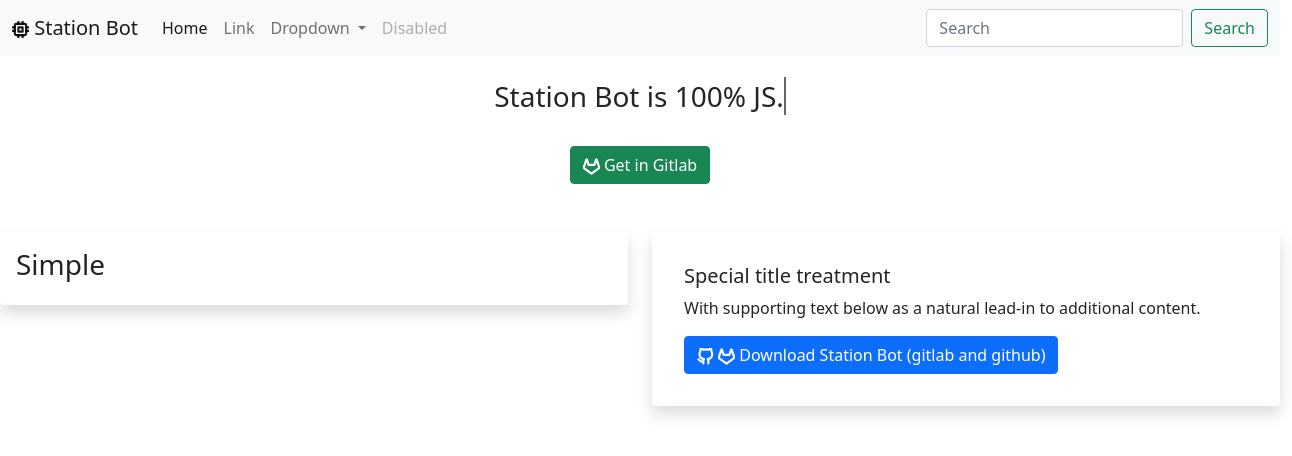
Repository: Valenplayer3000/StationBot-Web
Page: index.html
The author's editor kept a copy of each file at every save. The page is drawn from the files as they stood at one save, then again after the next save.
The browser window is 1280 px wide. The page is 1292 px wide, so the pictures cover 1292 px, including what lies to the right of the window. The pictures show the whole page.
Some web libraries are served in a nearby version.

Above is the page before, as saved 2021-11-02 08:55:27.

### index.html
<!DOCTYPE html>
<head>
    <!-- Required meta tags -->
    <meta charset="utf-8">
    <meta name="viewport" content="width=device-width, initial-scale=1">

    <!-- Bootstrap CSS and JS -->
    <script src="https://cdn.jsdelivr.net/npm/bootstrap@5.1.3/dist/js/bootstrap.bundle.min.js" integrity="sha384-ka7Sk0Gln4gmtz2MlQnikT1wXgYsOg+OMhuP+IlRH9sENBO0LRn5q+8nbTov4+1p" crossorigin="anonymous"></script>
    <link href="https://cdn.jsdelivr.net/npm/bootstrap@5.1.3/dist/css/bootstrap.min.css" rel="stylesheet" integrity="sha384-1BmE4kWBq78iYhFldvKuhfTAU6auU8tT94WrHftjDbrCEXSU1oBoqyl2QvZ6jIW3" crossorigin="anonymous">

    <!-- Font Awesome (Icons) -->
    <script src="https://kit.fontawesome.com/e5254c2b1e.js" crossorigin="anonymous"></script>

    <!-- Feather Icons -->
    <script src="https://unpkg.com/feather-icons"></script>
    <!-- Site's Titles -->
    <title>Station Bot</title>
</head>
<html lang="en">
  <nav class="navbar navbar-expand-lg navbar-light bg-light">
    <div class="container-fluid">
      <a class="navbar-brand" href="#"><i data-feather="cpu"></i> Station Bot</a>
      <button class="navbar-toggler" type="button" data-bs-toggle="collapse" data-bs-target="#navbarSupportedContent" aria-controls="navbarSupportedContent" aria-expanded="false" aria-label="Toggle navigation">
        <span class="navbar-toggler-icon"></span>
      </button>
      <div class="collapse navbar-collapse" id="navbarSupportedContent">
        <ul class="navbar-nav me-auto mb-2 mb-lg-0">
          <li class="nav-item">
            <a class="nav-link active" aria-current="page" href="#">Home</a>
          </li>
          <li class="nav-item">
            <a class="nav-link" href="#">Link</a>
          </li>
          <li class="nav-item dropdown">
            <a class="nav-link dropdown-toggle" href="#" id="navbarDropdown" role="button" data-bs-toggle="dropdown" aria-expanded="false">
              Dropdown
            </a>
            <ul class="dropdown-menu" aria-labelledby="navbarDropdown">
              <li><a class="dropdown-item" href="#">Action</a></li>
              <li><a class="dropdown-item" href="#">Another action</a></li>
              <li><hr class="dropdown-divider"></li>
              <li><a class="dropdown-item" href="#">Something else here</a></li>
            </ul>
          </li>
          <li class="nav-item">
            <a class="nav-link disabled">Disabled</a>
          </li>
        </ul>
        <form class="d-flex">
          <input class="form-control me-2" type="search" placeholder="Search" aria-label="Search">
          <button class="btn btn-outline-success" type="submit">Search</button>
        </form>
      </div>
    </div>
  </nav>
  <br>
  <h3 class="header">Station Bot is
    <span class="txt-rotate" data-period="2000"data-rotate='[ "easy to use.", "simple.", "100% JS.", "100% customizable."]'></span>
  </h3>
  <br>
  <div>
  <button class="btn btn-success button-center"><a herf=""><i data-feather="gitlab"></i> Get in Gitlab</a></button>
  </div>
  <br>
  <br>
    <div class="row">
        <div class="col-sm-6">
          <div class="shadow p-3 mb-5 bg-body rounded">
            <h3 class="card-title">Simple</h3>
          </div>
        </div>
        <div class="col-sm-6">
          <div class="shadow p-3 mb-5 bg-body rounded">
            <div class="card-body">
              <h5 class="card-title">Special title treatment</h5>
              <p class="card-text">With supporting text below as a natural lead-in to additional content.</p>
              <!-- Button trigger modal -->
                <button type="button" class="btn btn-primary" data-bs-toggle="modal" data-bs-target="#exampleModal">
                  <i data-feather="github"></i> <i data-feather="gitlab"></i>  Download Station Bot (gitlab and github)
                </button>

                <!-- Modal -->
                <div class="modal fade" id="exampleModal" tabindex="-1" aria-labelledby="exampleModalLabel" aria-hidden="true">
                  <div class="modal-dialog">
                    <div class="modal-content">
                      <div class="modal-header">
                        <h5 class="modal-title" id="exampleModalLabel">Modal title</h5>
                        <button type="button" class="btn-close" data-bs-dismiss="modal" aria-label="Close"></button>
                      </div>
                      <div class="modal-body">
                        ...
                      </div>
                      <div class="modal-footer">
                        <button type="button" class="btn btn-secondary" data-bs-dismiss="modal">Close</button>
                      </div>
                    </div>
                  </div>
                </div>
            </div>
          </div>
        </div>
      </div>
      <br>
</html>
<style>
  .feather {
  width: 17px;
  height: 17px;
  stroke: currentColor;
  stroke-width: 3;
  stroke-linecap: round;
  stroke-linejoin: round;
  fill: none;
}
.header{
  text-align: center;
}
</style>
<script>
  feather.replace()
</script>
<script>
  var TxtRotate = function(el, toRotate, period) {
  this.toRotate = toRotate;
  this.el = el;
  this.loopNum = 1;
  this.period = parseInt(period, 10) || 1000;
  this.txt = '';
  this.tick();
  this.isDeleting = false;
};

TxtRotate.prototype.tick = function() {
  var i = this.loopNum % this.toRotate.length;
  var fullTxt = this.toRotate[i];

  if (this.isDeleting) {
    this.txt = fullTxt.substring(0, this.txt.length - 1);
  } else {
    this.txt = fullTxt.substring(0, this.txt.length + 1);
  }

  this.el.innerHTML = '<span class="wrap">'+this.txt+'</span>';

  var that = this;
  var delta = 200 - Math.random() * 100;

  if (this.isDeleting) { delta /= 2; }

  if (!this.isDeleting && this.txt === fullTxt) {
    delta = this.period;
    this.isDeleting = true;
  } else if (this.isDeleting && this.txt === '') {
    this.isDeleting = false;
    this.loopNum++;
    delta = 500;
  }

  setTimeout(function() {
    that.tick();
  }, delta);
};

window.onload = function() {
  var elements = document.getElementsByClassName('txt-rotate');
  for (var i=0; i<elements.length; i++) {
    var toRotate = elements[i].getAttribute('data-rotate');
    var period = elements[i].getAttribute('data-period');
    if (toRotate) {
      new TxtRotate(elements[i], JSON.parse(toRotate), period);
    }
  }
  // INJECT CSS
  var css = document.createElement("style");
  css.type = "text/css";
  css.innerHTML = ".txt-rotate > .wrap { border-right: 0.09em solid #666 }";
  document.body.appendChild(css);
};
</script>
<style>
@import url('https://fonts.googleapis.com/css2?family=Inter:wght@100;200;300;400;500;600;700;800;900&display=swap');
.tpyewirter {
text-align: center;
  font-family: 'Inter';
}
.button-center{
  display: flex;
  margin: auto;
}
</style>

After the next save:
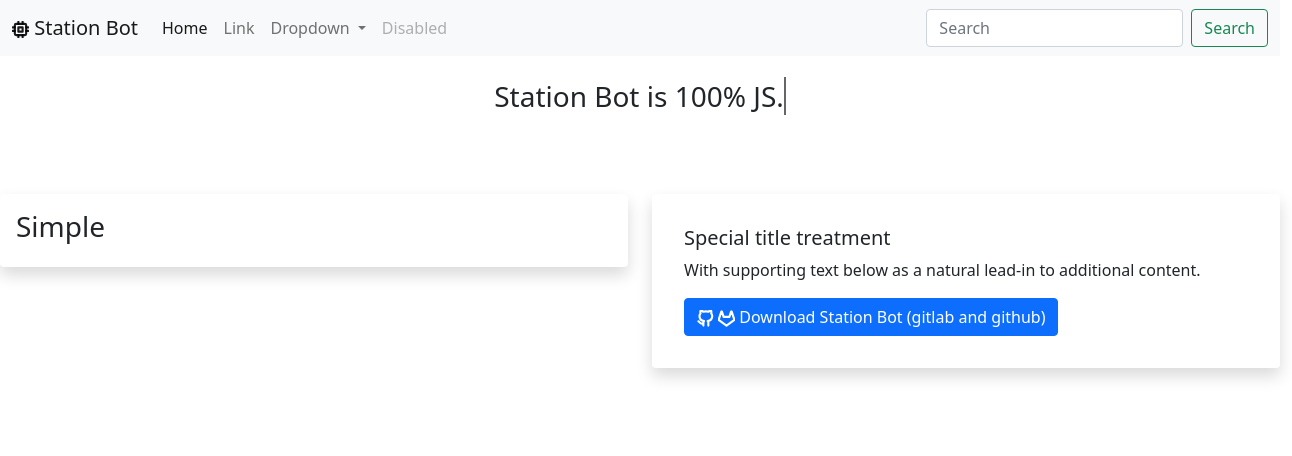
Saved 31 s later.
--- a/index.html
+++ b/index.html
@@ -58,9 +58,6 @@
     <span class="txt-rotate" data-period="2000"data-rotate='[ "easy to use.", "simple.", "100% JS.", "100% customizable."]'></span>
   </h3>
   <br>
-  <div>
-  <button class="btn btn-success button-center"><a herf=""><i data-feather="gitlab"></i> Get in Gitlab</a></button>
-  </div>
   <br>
   <br>
     <div class="row">
